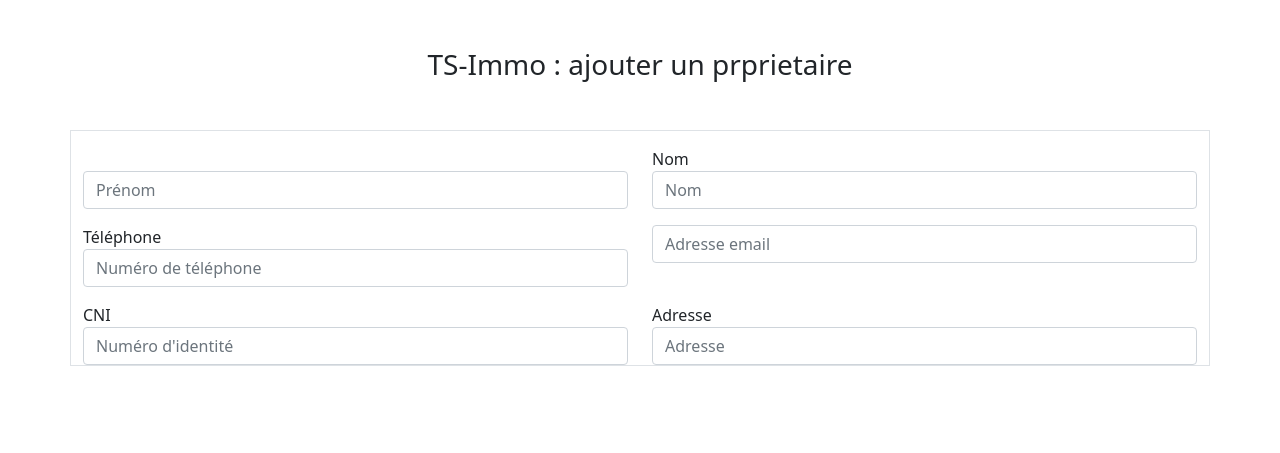
Repository: saliou-t/TS-IMMO
Page: http://localhost/src/views/proprietaire/new.html.php
These files come from the project's save history. The page is drawn as it stood at one moment and after a run of saves; the edit follows.
The browser window is 1280 px wide. The pictures show the whole page.
The page is run by PHP 8.4 with error messages shown; the project is at /var/www/html/.

Above is the page before, as saved 2022-04-03 01:10:45.

After the next 3 saves:
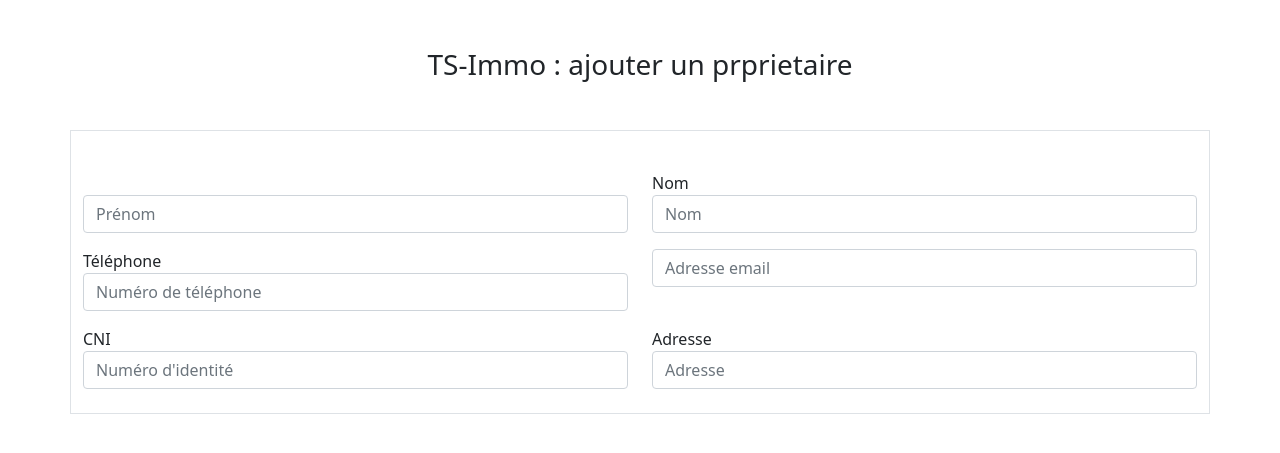
The 3 saves are shown as one change because they came seconds apart.
The last was saved 28 s later.
--- a/src/views/proprietaire/new.html.php
+++ b/src/views/proprietaire/new.html.php
@@ -12,7 +12,7 @@
 
 <div class="container jumbotron">
     <h3 class="text-center my-5">TS-Immo : ajouter un prprietaire</h3>
-    <div class="row border">
+    <div class="row border py-4">
         <form action="">
             <div class="row my-3">
                 <div class="col">
